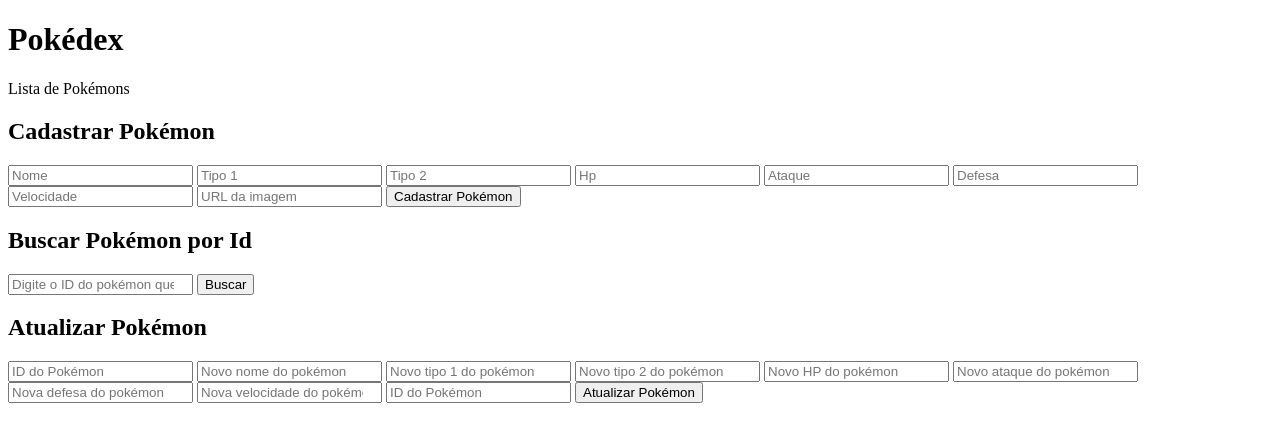
Repository: arthurSchgg/pokedex
Page: front-end/index.html
These files come from the project's save history. The page is drawn as it stood at one moment and after the next save; the edit follows.
The browser window is 1280 px wide. The pictures show the whole page.
The page's requests for data from a server got no answer.

Above is the page before, as saved 2026-10-01 16:12:37.

After the next save:
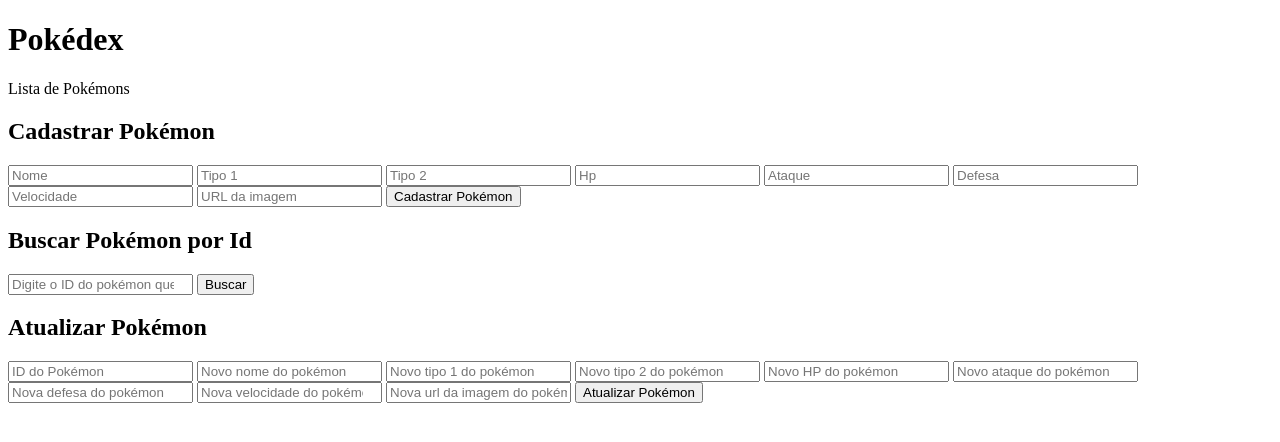
Saved 13 s later.
--- a/front-end/index.html
+++ b/front-end/index.html
@@ -116,7 +116,7 @@
             <input
                 type="text"
                 id="update-imagem_url"
-                placeholder="ID do Pokémon"
+                placeholder="Nova url da imagem do pokémon"
                 required
             >
 
